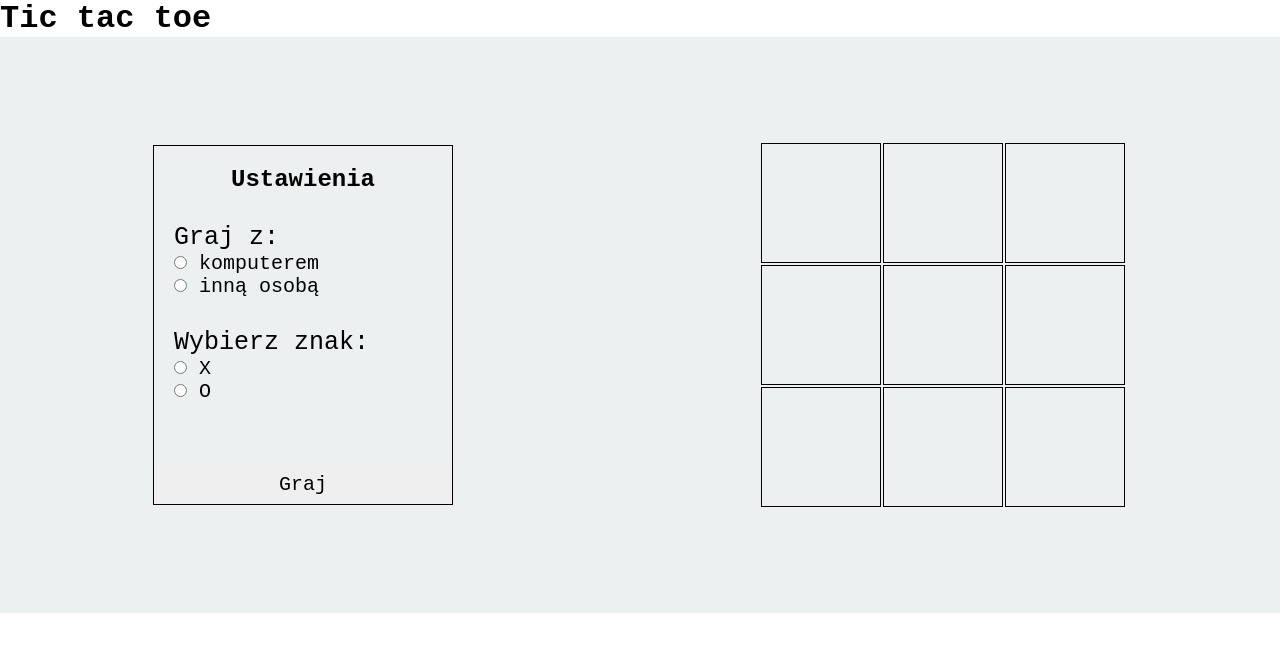
Repository: SebastianArmata22/Tic-Tac-Toe
Page: index.html
An editor plug-in stored every save of this project. The page is shown before and after the next save, followed by the edit.
The browser window is 1280 px wide. The pictures show the whole page.
Some web fonts or font styles are not loaded; a fallback is used.

Above is the page before, as saved 2020-11-03 14:46:55.

After the next save:
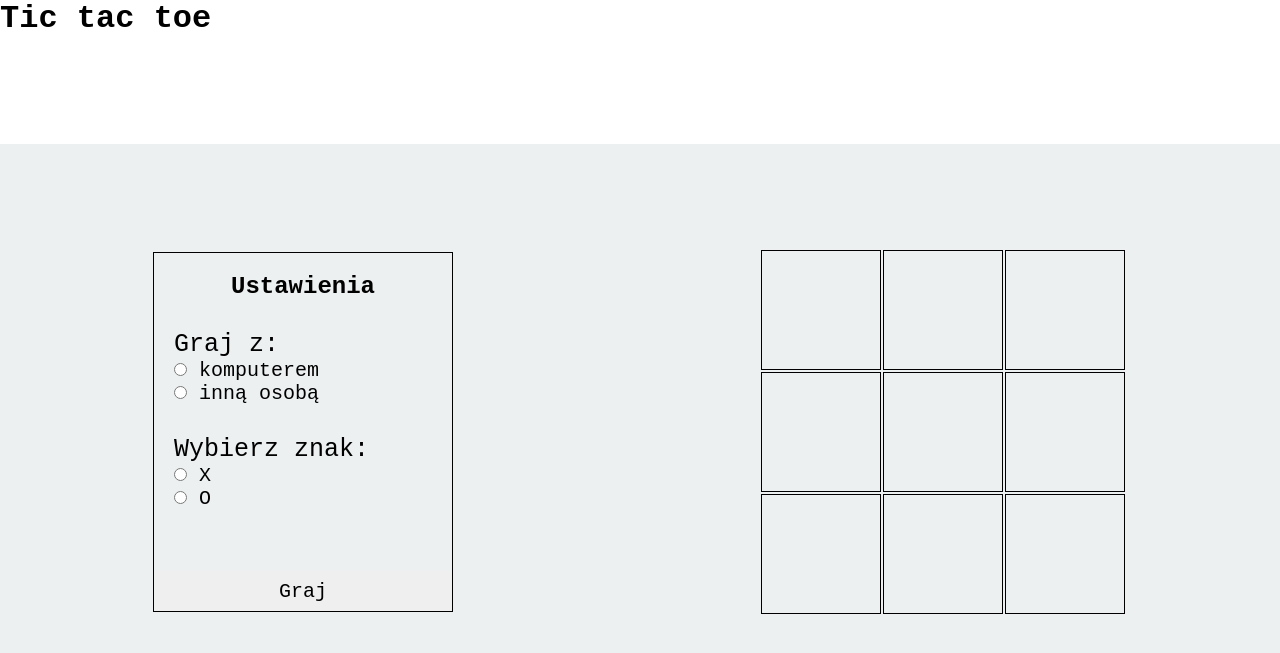
Saved 43 s later.
--- a/index.html
+++ b/index.html
@@ -9,7 +9,7 @@
         <link rel="stylesheet" href="style.css">
     </head>
     <body>
-        <div>
+        <div class="inscription">
             <h1>Tic tac toe</h1>
         </div>
         <div class="main-content">
--- a/style.css
+++ b/style.css
@@ -4,6 +4,9 @@
     padding: 0;
     box-sizing: border-box;
     font-family: 'Syne Mono', monospace;
+}
+.inscription{
+    height: 20vh;
 }
 .main-content{
     display: flex;
